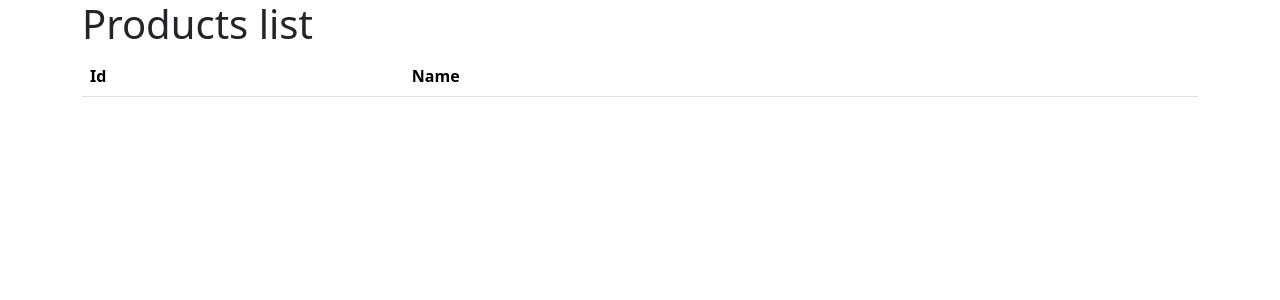
Repository: raigorx/CRUD-Laravel-Example
Page: http://localhost/products
These files come from the project's save history. The page is drawn as it stood at one moment and after a run of saves; the edit follows.
The browser window is 1280 px wide. The pictures show the whole page.
The page is served by the project's Laravel application, run on PHP 8.4 with Laravel 12. Other server files are loaded and not shown. Queries for data that is not in the repository find no rows.

Above is the page before, as saved 2024-11-10 06:30:19.

### routes/web.php
<?php

use App\Http\Controllers\ProductController;
use Illuminate\Support\Facades\Route;

Route::get('/', function () {
    return view('welcome');
});

Route::get('/products', [ProductController::class, 'index'])->name('products.index');

### app/Http/Controllers/ProductController.php
<?php

namespace App\Http\Controllers;

use App\Models\Product;
use Illuminate\Http\Request;

class ProductController extends Controller
{
    /**
     * Display a listing of the resource.
     */
    public function index()
    {
        $products = Product::all();
        return view('products.index', compact('products'));
    }

    /**
     * Show the form for creating a new resource.
     */
    public function create()
    {
        //
    }

    /**
     * Store a newly created resource in storage.
     */
    public function store(Request $request)
    {
        //
    }

    /**
     * Display the specified resource.
     */
    public function show(string $id)
    {
        //
    }

    /**
     * Show the form for editing the specified resource.
     */
    public function edit(string $id)
    {
        //
    }

    /**
     * Update the specified resource in storage.
     */
    public function update(Request $request, string $id)
    {
        //
    }

    /**
     * Remove the specified resource from storage.
     */
    public function destroy(string $id)
    {
        //
    }
}

### resources/views/products/index.blade.php
@extends('layout.app')

@section('title', 'Products list')

@section('content')
<div class="container">
  <h1>Products list</h1>
  <table class="table">
    <thead>
      <tr>
        <th scope="col">Id</th>
        <th scope="col">Name</th>
        <th scope="col"></th>
      </tr>
    </thead>
    <tbody>
      @foreach($products as $product)

      <tr>
        <th scope="row">
          {{$product->id}}
        </th>
        <td>{{$product->name}}</td>
        <td>
          <a href="{{route('products.show', $product->id)}}" class="btn btn-primary">Show</a>
          <a href="{{route('products.edit', $product->id)}}" class="btn btn-primary">Edit</a>
          <form action="{{route('products.destroy', $product->id)}}" method="post">
            @csrf
            @method('DELETE')
            <button type="submit" class="btn btn-danger">Delete</button>
          </form>
        </td>
      </tr>

      @endforeach
    </tbody>
  </table>
</div>

@endsection

### resources/views/layout/app.blade.php
<!doctype html>
<html lang="en">

<head>
  <meta charset="utf-8">
  <meta name="viewport" content="width=device-width, initial-scale=1">
  <title>@yield('title')</title>
  <link href="https://cdn.jsdelivr.net/npm/bootstrap@5.3.3/dist/css/bootstrap.min.css" rel="stylesheet"
    integrity="sha384-QWTKZyjpPEjISv5WaRU9OFeRpok6YctnYmDr5pNlyT2bRjXh0JMhjY6hW+ALEwIH" crossorigin="anonymous">
</head>

<body>
  @yield('content')
  <!-- <h1>Hello, world!</h1> -->
  <script src="https://cdn.jsdelivr.net/npm/bootstrap@5.3.3/dist/js/bootstrap.bundle.min.js"
    integrity="sha384-YvpcrYf0tY3lHB60NNkmXc5s9fDVZLESaAA55NDzOxhy9GkcIdslK1eN7N6jIeHz" crossorigin="anonymous">
  </script>
</body>

</html>

Loaded but not shown: app/Http/Controllers/Controller.php (common file); app/Models/Product.php (common file)

After the next 2 saves:
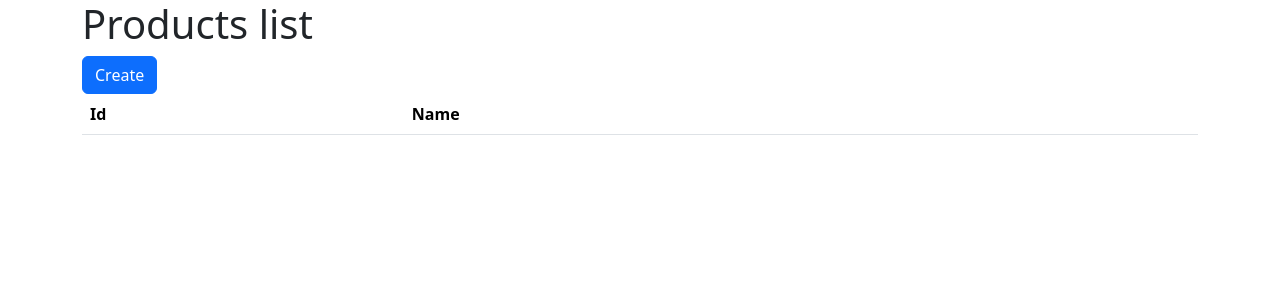
The 2 saves are shown as one change because 1 did not build or start.
The last was saved 13 min 27 s later.
--- a/routes/web.php
+++ b/routes/web.php
@@ -8,3 +8,5 @@ Route::get('/', function () {
 });
 
 Route::get('/products', [ProductController::class, 'index'])->name('products.index');
+
+Route::get('/products/create', [ProductController::class, 'create'])->name('products.create');
--- a/resources/views/products/index.blade.php
+++ b/resources/views/products/index.blade.php
@@ -5,6 +5,7 @@
 @section('content')
 <div class="container">
   <h1>Products list</h1>
+  <a href="{{route('products.create')}}" class="btn btn-primary">Create</a>
   <table class="table">
     <thead>
       <tr>
